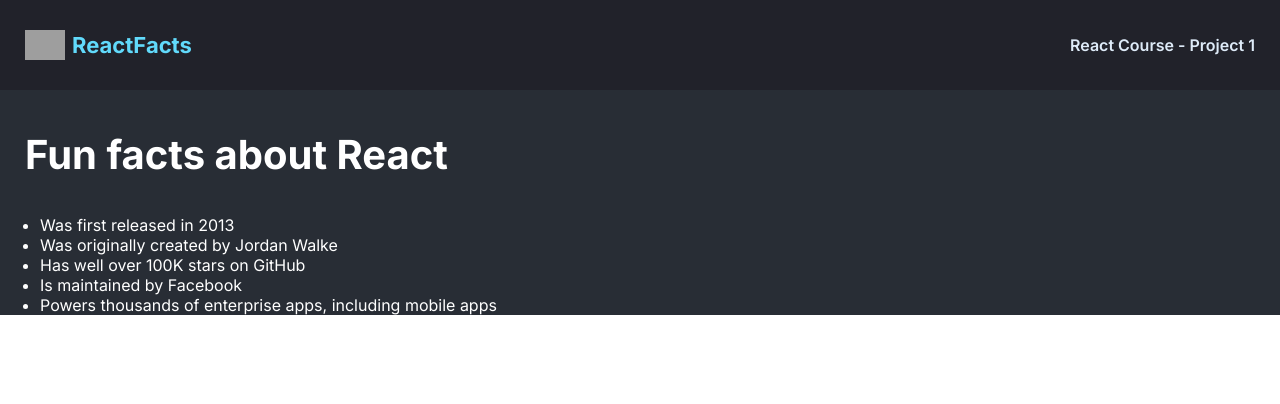
Repository: evemcd/scrimba-react2
Page: / (app in vite-react/)
The author's editor kept a copy of each file at every save. The page is drawn from the files as they stood at one save, then again after the next save.
The browser window is 1280 px wide. The pictures show the whole page.
Pictures or frames that could not be fetched are drawn as grey boxes. The project was rebuilt for these pictures with package versions that can differ from the ones it lists, and the page was loaded fresh each time. Also part of the build but not shown: vite-react/vite.config.js.

Above is the page before, as saved 2023-08-04 12:06:19.

After the next save:
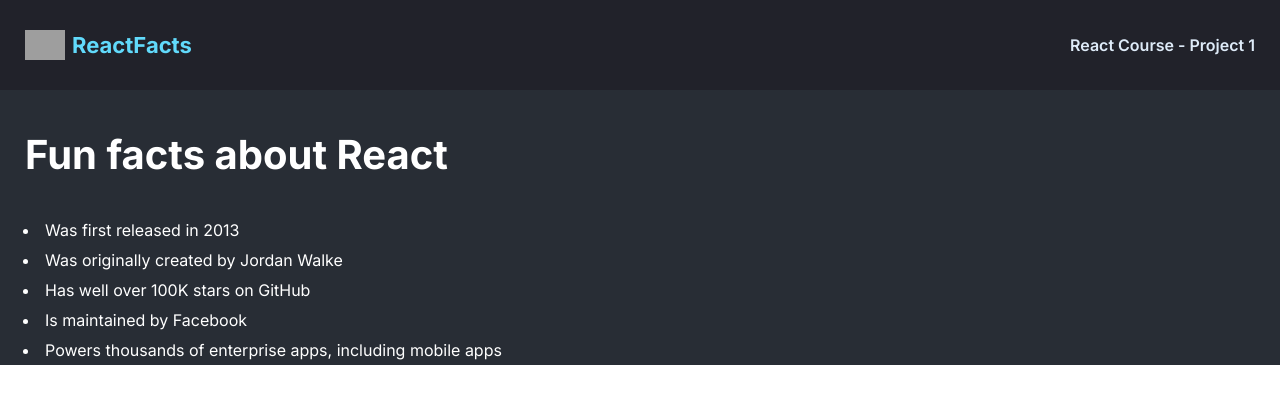
Saved 7 s later.
--- a/vite-react/src/index.css
+++ b/vite-react/src/index.css
@@ -46,5 +46,5 @@ nav {
 }
 
 .listElements {
-  padding: ;
+  padding: 5px;
 }
